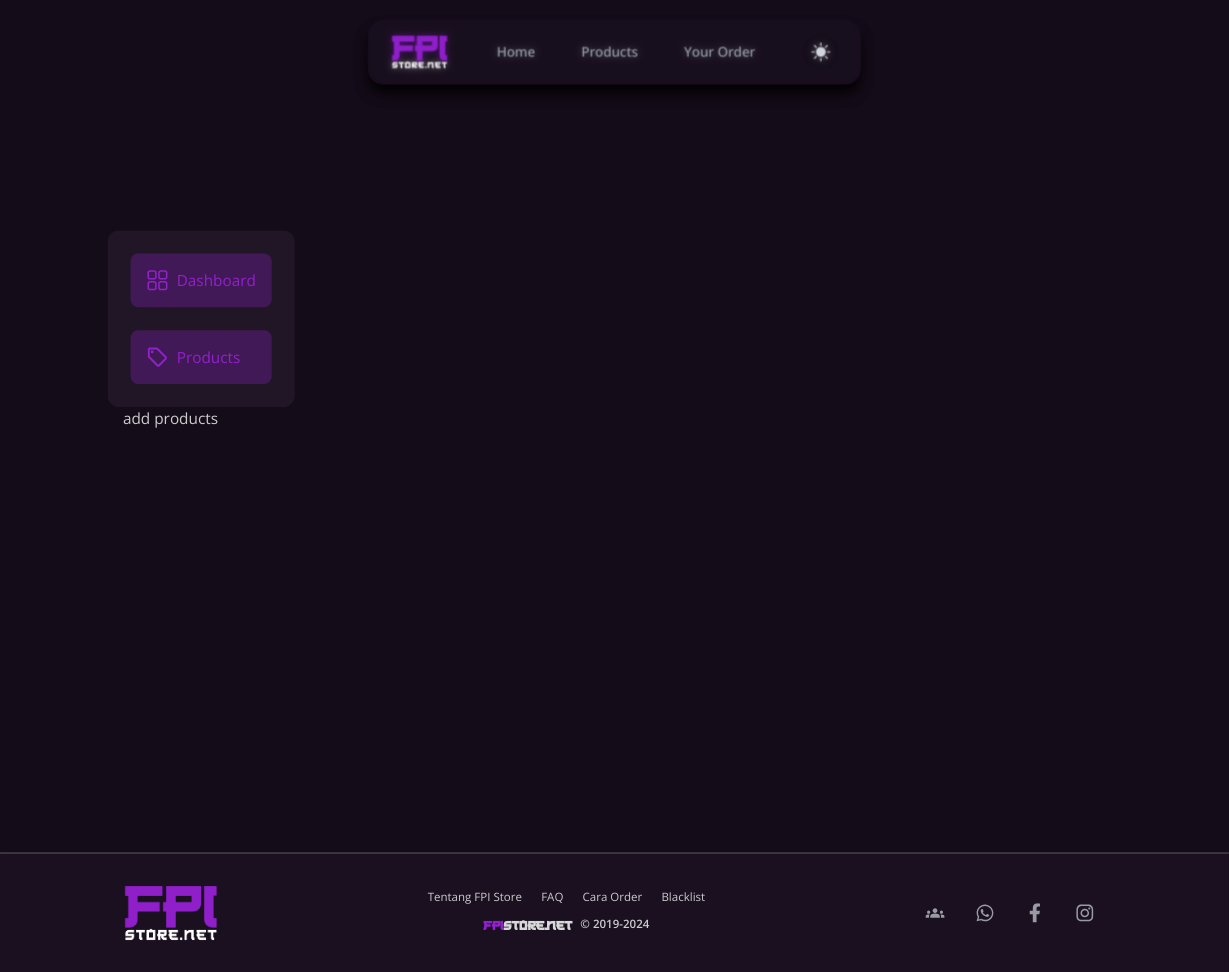
Repository: rezzadtyp/fpistore.net
Page: /dashboard/add-products
These files come from the project's save history. The page is drawn as it stood at one moment and after the next save; the edit follows.
The browser window is 1280 px wide. The pictures show the whole page, at 96% of full size.
The project was rebuilt for these pictures with package versions that can differ from the ones it lists, and the page was loaded fresh each time. The framework's server and built-in components were replaced by stand-ins that run in the browser. Also part of the build but not shown: next.config.mjs, components/shared/Loading.tsx.

Above is the page before, as saved 2024-08-14 17:10:10.

### app/layout.tsx
import type { Metadata } from "next"
import "../styles/globals.css"
// import GoogleAnalytics from "@bradgarropy/next-google-analytics"
// import { Analytics } from "@vercel/analytics/react"
// import { SpeedInsights } from "@vercel/speed-insights/next"
// import FacebookChat from "@/components/FacebookChat"

export const metadata: Metadata = {
    title: {
        template: "%s | FPI Store",
        default: "FPI Store | The Biggest Netflix Seller",
    },
    description: "FPI Store",
    icons: {
        icon: [
            {
                url: "/icons/fpistore.netblack.png",
                media: "(prefers-color-scheme: light)",
            },
            {
                url: "/icons/fpistore.netwhite.png",
                media: "(prefers-color-scheme: dark)",
            },
        ],
    },
    keywords:
        "netflix, premium, 4k, uhd, full garansi, netflix account, netflix premium uhd, netflix murah, netflix shared, netflix private, netflix terpercaya, murah, terpercaya, film terbaru, alamsyah.id, alamsyah, bergaransi",
}

export default function RootLayout({
    children,
}: {
    children: React.ReactNode
}) {
    return (
        <>
            {/* <GoogleAnalytics measurementId='G-Z86GVT7LTC' /> */}
            <html lang='en' className='!scroll-smooth font-roboto'>
                <body className='selection:bg-primary/70 selection:text-dark-800 dark:bg-dark-700 bg-light-100 text-dark-800 dark:text-light-400'>
                    {/* <FacebookChat /> */}
                    {children}
                    {/* <SpeedInsights />
                    <Analytics /> */}
                </body>
            </html>
        </>
    )
}

### app/(root)/layout.tsx
import Footer from "@/components/shared/Footer"
import Loading from "@/components/shared/Loading"
import Navbar from "@/components/shared/Navbar"

import React, { Suspense } from "react"

const Layout = ({ children }: { children: React.ReactNode }) => {
  return (
    <Suspense fallback={<Loading />}>
      <main className='relative font-roboto'>
        <Navbar />
        <div className='flex min-h-screen flex-1 flex-col px-6 pb-6 pt-36 max-md:pb-14 sm:px-14'>
          {children}
        </div>
        <Footer />
        {/* <div className='w-full h-2 fixed bottom-0 bg-green-500 sm:bg-yellow-500 md:bg-orange-500 lg:bg-red-500' /> */}
      </main>
    </Suspense>
  )
}

export default Layout

### app/(root)/dashboard/layout.tsx
"use client"
import { MdOutlineSell } from "react-icons/md"
import { RxDashboard } from "react-icons/rx"
import Navbar from "@/components/shared/Navbar"
import React from "react"

const Layout = ({ children }: { children: React.ReactNode }) => {
  return (
    <main className='relative '>
      <Navbar />
      <section className='flex min-h-screen flex-1 flex-col px-6 pb-6 pt-24 max-md:pb-14 sm:px-14'>
        <section className='custom-scrollbar bg-light-200 dark:bg-dark-500 light-border rounded-xl sticky h-fit left-0 top-0 flex w-fit flex-col justify-between overflow-y-auto p-6 shadow-black/20 shadow-xl dark:shadow-none lg:w-fit'>
          <div className='flex flex-1 flex-col max-sm:flex-row gap-6 '>
            {/* masih static */}
            <button
              onClick={() => (window.location.href = "/dashboard")}
              className='dark:text-light-900 rounded-lg bg-primary/30 text-primary text-light-900 flex items-center justify-center gap-2 px-3 py-2 lg:p-4'
            >
              <RxDashboard className='text-2xl max-sm:text-lg' />
              <p className='max-sm:text-xs'>Dashboard</p>
            </button>
            <button
              onClick={() => (window.location.href = "/dashboard/products")}
              className='dark:text-light-900 rounded-lg bg-primary/30 text-primary text-light-900 flex items-center justify-start gap-2 p-4'
            >
              <MdOutlineSell className='text-2xl' />
              <p className='base-medium'>Products</p>
            </button>
          </div>
        </section>
        <div className='mx-auto w-full max-w-5xl'>{children}</div>
      </section>
    </main>
  )
}

export default Layout

### app/(root)/dashboard/add-products/page.tsx
import React from "react"

const page = () => {
  return <div>add products</div>
}

export default page

### styles/globals.css
@import url("https://fonts.googleapis.com/css2?family=Open+Sans:ital,wght@0,300;0,400;0,500;0,600;1,300;1,400;1,500;1,600&family=Sarabun:ital,wght@0,300;0,400;1,300;1,400&display=swap");

@tailwind base;
@tailwind components;
@tailwind utilities;

@font-face {
    font-family: "FPIFont";
    src: url("/fonts/Japanese3017.otf") format("woff2");
}

body {
    font-family: "Open Sans", "sans-serif";
    @apply duration-700;
}
.animate-spin-slow {
    animation: spin 5s linear infinite;
}

@keyframes spin {
    from {
        transform: rotate(0deg);
    }
    to {
        transform: rotate(360deg);
    }
}
@keyframes scrolltop {
    0%,
    100% {
        transform: translateY(-25%);
        animation-timing-function: cubic-bezier(0.8, 0, 1, 1);
    }
    50% {
        transform: none;
        animation-timing-function: cubic-bezier(0, 0, 0.2, 1);
    }
}
.animate-scrolltop {
    animation: scrolltop 2s infinite;
}
/* width */
::-webkit-scrollbar {
    @apply h-1.5 w-0;
}

/* Handle */
::-webkit-scrollbar-thumb {
    @apply bg-gray-600 rounded-full absolute right-0 z-50;
}
/* Handle on hover */
._custom-scrollbar::-webkit-scrollbar-thumb:hover {
    @apply bg-primary;
}
._custom-scrollbar-shopee::-webkit-scrollbar-thumb:hover {
    @apply bg-shopee;
}
._custom-scrollbar::-webkit-scrollbar {
    @apply w-2 h-0 bg-transparent;
}
._custom-scrollbar-shopee::-webkit-scrollbar {
    @apply w-2 h-0 bg-transparent;
}
._product-scrollbar::-webkit-scrollbar {
    @apply w-0 h-2;
}
.__stroke {
    color: transparent;
    -webkit-text-stroke: 1px #9121ca;
    text-stroke: 1px #9121ca;
}

@keyframes rightleft {
    0%,
    100% {
        transform: translateX(50%);
        animation-timing-function: cubic-bezier(0.8, 0, 1, 1);
    }
    50% {
        transform: none;
        animation-timing-function: cubic-bezier(0, 0, 0.2, 1);
    }
}
.animate-rightleft {
    animation: rightleft 1.5s infinite;
}

.backdrop-brightness-10 {
    --tw-backdrop-brightness: brightness(0.1);
    backdrop-filter: var(--tw-backdrop-blur) var(--tw-backdrop-brightness)
        var(--tw-backdrop-contrast) var(--tw-backdrop-grayscale)
        var(--tw-backdrop-hue-rotate) var(--tw-backdrop-invert)
        var(--tw-backdrop-opacity) var(--tw-backdrop-saturate)
        var(--tw-backdrop-sepia);
}

### components/shared/Footer.tsx
import { contactsButton, menuFooter } from "@/constant"
import Image from "next/image"
import Link from "next/link"
import React from "react"

const Footer = () => {
    return (
        <footer className='flex justify-center items-center w-full px-10 lg:px-32 border-t-[1px] border-black/30 dark:border-white/30 bg-gray-100 dark:bg-dark-600 drop-shadow-md'>
            <div className='flex w-full justify-between items-center flex-col md:flex-row lg:flex-row gap-2 py-3'>
                <div className='flex flex-col lg:flex-row w-full h-full items-center justify-center lg:justify-between '>
                    <Link
                        href='/'
                        className='flex items-center h-full justify-start'
                    >
                        <Image
                            width={100}
                            height={100}
                            src='/icons/fpistore.netwhite.png'
                            alt='Footer Picture'
                            className='hidden dark:block duration-700 h-full'
                        />
                        <Image
                            width={100}
                            height={100}
                            src='/icons/fpistore.netblack.png'
                            alt='Footer Picture'
                            className='dark:hidden duration-700 h-full'
                        />
                    </Link>
                    <div className='gap-3 flex flex-col justify-center items-center text-center h-full'>
                        <div className='flex gap-5 justify-start'>
                            {menuFooter.map((cont) => (
                                <Link
                                    href={"#in-maintenance"}
                                    className='text-xs'
                                    key={cont.url}
                                    target='_blank'
                                >
                                    {cont.title}
                                </Link>
                            ))}
                        </div>
                        <p className='text-xs flex font-bold'>
                            <div className='flex font-fpifont items-end text-primary text-sm h-full mr-2'>
                                fpi{" "}
                                <span className='font-fpifont text-dark-500 dark:text-light-300'>
                                    store.net
                                </span>
                            </div>
                            &copy; 2019-2024
                        </p>
                    </div>
                    <div className='flex flex-col '>
                        <div className='flex gap-2 justify-end'>
                            {contactsButton.map((cont) => (
                                <Link
                                    href={cont.url}
                                    className='p-3 opacity-70 hover:bg-primary/20 dark:hover:bg-primary/20 rounded-md group'
                                    key={cont.url}
                                    target='_blank'
                                >
                                    {cont.icon}
                                </Link>
                            ))}
                        </div>
                    </div>
                </div>
            </div>
        </footer>
    )
}

export default Footer

### components/shared/MobileNav.tsx
import { SheetClose } from "@/components/ui/sheet"
import { contactsButton, navButtons } from "@/constant"
import Link from "next/link"
import { usePathname } from "next/navigation"
import { AiOutlineMenu } from "react-icons/ai"
import { Roboto } from "next/font/google"
import { Drawer, DrawerContent, DrawerTrigger } from "@/components/ui/drawer"

const roboto = Roboto({
    weight: ["900"],
    style: ["normal"],
    subsets: ["latin"],
})

const MobileNav = () => {
    const path = usePathname()
    return (
        <Drawer>
            <DrawerTrigger className='hidden max-md:flex dark:hover:bg-white/10 hover:bg-black/5 rounded-full p-2'>
                <AiOutlineMenu className='duration-500 text-dark-800 dark:text-gray-300' />
            </DrawerTrigger>
            <DrawerContent className='bg-gray-200 dark:bg-dark-600 border-none px-5 pb-5 gap-10'>
                <div className='gap-5 flex flex-col justify-start items-start'>
                    {navButtons.map((nav, i) => (
                        <Link
                            href={nav.url}
                            key={i}
                            className={`dark:text-gray-400 flex-col-reverse py-[3px] px-[10px] rounded-full md:text-sm font-medium group duration-200 w-fit ${
                                path === nav.url
                                    ? "font-black transition-transform duration-700 "
                                    : ""
                            }${
                                path === nav.url
                                    ? " dark:text-primary text-primary bg-primary/20"
                                    : " hover:dark:text-primary hover:text-primary hover:bg-primary/20"
                            }`}
                        >
                            {nav.title}
                        </Link>
                    ))}
                </div>
                <div className='flex flex-col justify-end items-end'>
                    <p className='font-mono text-xs tracking-widest'>
                        Indonesian Biggest Netflix Seller
                    </p>
                    <span className='font-fpifont __stroke text-6xl'>
                        FPISTORE
                    </span>
                </div>
            </DrawerContent>
        </Drawer>

        // @ts-ignore
        // <Sheet className='transition-transform duration-500 '>
        //     <SheetTrigger className='hidden max-md:flex dark:bg-white/10 bg-black/5 rounded-full p-2'>
        //         <AiOutlineMenu className='duration-500 text-dark-800 dark:text-gray-300' />
        //     </SheetTrigger>
        //     <SheetContent
        //         side='top'
        //         className='border-none text-red-500 backdrop-blur-lg bg-white dark:bg-dark-800/50 shadow-lg shadow-black/50'
        //     >
        //         <Link
        //             href='/'
        //             className='flex items-center justify-center gap-1 border-b-[1px] border-dark-500/50 dark:border-gray-500/50 py-2'
        //         >
        //             <Image
        //                 width={60}
        //                 height={60}
        //                 src='/icons/fpistore.netwhite.png'
        //                 alt='Footer Picture'
        //                 className='hidden dark:block duration-700'
        //             />
        //             <Image
        //                 width={60}
        //                 height={60}
        //                 src='/icons/fpistore.netblack.png'
        //                 alt='Footer Picture'
        //                 className='dark:hidden duration-700'
        //             />
        //         </Link>
        //         <div className='text-dark-800 dark:text-gray-300'>
        //             <NavContent />
        //         </div>
        //     </SheetContent>
        // </Sheet>
    )
}

export default MobileNav

### components/ui/drawer.tsx
"use client"

import * as React from "react"
import { Drawer as DrawerPrimitive } from "vaul"

import { cn } from "@/lib/utils"

const Drawer = ({
  shouldScaleBackground = true,
  ...props
}: React.ComponentProps<typeof DrawerPrimitive.Root>) => (
  <DrawerPrimitive.Root
    shouldScaleBackground={shouldScaleBackground}
    {...props}
  />
)
Drawer.displayName = "Drawer"

const DrawerTrigger = DrawerPrimitive.Trigger

const DrawerPortal = DrawerPrimitive.Portal

const DrawerClose = DrawerPrimitive.Close

const DrawerOverlay = React.forwardRef<
  React.ElementRef<typeof DrawerPrimitive.Overlay>,
  React.ComponentPropsWithoutRef<typeof DrawerPrimitive.Overlay>
>(({ className, ...props }, ref) => (
  <DrawerPrimitive.Overlay
    ref={ref}
    className={cn("fixed inset-0 z-50 bg-black/80", className)}
    {...props}
  />
))
DrawerOverlay.displayName = DrawerPrimitive.Overlay.displayName

const DrawerContent = React.forwardRef<
  React.ElementRef<typeof DrawerPrimitive.Content>,
  React.ComponentPropsWithoutRef<typeof DrawerPrimitive.Content>
>(({ className, children, ...props }, ref) => (
  <DrawerPortal>
    <DrawerOverlay />
    <DrawerPrimitive.Content
      ref={ref}
      className={cn(
        "fixed inset-x-0 bottom-0 z-50 mt-24 flex h-auto flex-col rounded-t-[10px] border bg-background",
        className
      )}
      {...props}
    >
      <div className="mx-auto mt-4 h-2 w-[100px] rounded-full bg-muted" />
      {children}
    </DrawerPrimitive.Content>
  </DrawerPortal>
))
DrawerContent.displayName = "DrawerContent"

const DrawerHeader = ({
  className,
  ...props
}: React.HTMLAttributes<HTMLDivElement>) => (
  <div
    className={cn("grid gap-1.5 p-4 text-center sm:text-left", className)}
    {...props}
  />
)
DrawerHeader.displayName = "DrawerHeader"

const DrawerFooter = ({
  className,
  ...props
}: React.HTMLAttributes<HTMLDivElement>) => (
  <div
    className={cn("mt-auto flex flex-col gap-2 p-4", className)}
    {...props}
  />
)
DrawerFooter.displayName = "DrawerFooter"

const DrawerTitle = React.forwardRef<
  React.ElementRef<typeof DrawerPrimitive.Title>,
  React.ComponentPropsWithoutRef<typeof DrawerPrimitive.Title>
>(({ className, ...props }, ref) => (
  <DrawerPrimitive.Title
    ref={ref}
    className={cn(
      "text-lg font-semibold leading-none tracking-tight",
      className
    )}
    {...props}
  />
))
DrawerTitle.displayName = DrawerPrimitive.Title.displayName

const DrawerDescription = React.forwardRef<
  React.ElementRef<typeof DrawerPrimitive.Description>,
  React.ComponentPropsWithoutRef<typeof DrawerPrimitive.Description>
>(({ className, ...props }, ref) => (
  <DrawerPrimitive.Description
    ref={ref}
    className={cn("text-sm text-muted-foreground", className)}
    {...props}
  />
))
DrawerDescription.displayName = DrawerPrimitive.Description.displayName

export {
  Drawer,
  DrawerPortal,
  DrawerOverlay,
  DrawerTrigger,
  DrawerClose,
  DrawerContent,
  DrawerHeader,
  DrawerFooter,
  DrawerTitle,
  DrawerDescription,
}

### tailwind.config.ts
const defaultTheme = require("tailwindcss/defaultTheme")
const colors = require("tailwindcss/colors")
const {
  default: flattenColorPalette,
} = require("tailwindcss/lib/util/flattenColorPalette")

import type { Config } from "tailwindcss"

const config: Config = {
  darkMode: ["class"],
  content: [
    "./pages/**/*.{js,ts,jsx,tsx,mdx}",
    "./components/**/*.{js,ts,jsx,tsx,mdx}",
    "./app/**/*.{js,ts,jsx,tsx,mdx}",
  ],
  theme: {
    screens: {
      sm: "640px",
      // => @media (min-width: 640px) { ... }

      md: "768px",
      // => @media (min-width: 768px) { ... }

      lg: "1024px",
      // => @media (min-width: 1024px) { ... }

      xl: "1280px",
      // => @media (min-width: 1280px) { ... }

      "2xl": "1536px",
      // => @media (min-width: 1536px) { ... }
    },
    extend: {
      animation: {
        scroll:
          "scroll var(--animation-duration, 40s) var(--animation-direction, forwards) linear infinite",
      },
      colors: {
        dark: {
          100: "#342739",
          200: "#2F2334",
          300: "#2B1E31",
          400: "#241929",
          500: "#201625",
          600: "#1A1020",
          700: "#150C19",
          800: "#110A14",
        },
        shopees: {
          100: "#342739",
          200: "#2F2334",
          300: "#2B1E31",
          400: "#291E19",
          500: "#261D17",
          600: "#211611",
          700: "#1A110C",
          800: "#140E0A",
        },
        light: {
          100: "#ECECEC",
          200: "#E4E4E4",
          300: "#D8D8D8",
          400: "#CCCCCC",
          500: "#BFBFBF",
          600: "#B5B5B5",
          700: "#A9A9A9",
          800: "#9B9B9B",
        },
        primary: "#9121CA",
        shared: "#d946ef",
        private: "#9121CA",
        reseller: "#22d3ee",
        shopee: "#ee4d2d",
      },
      keyframes: {
        scroll: {
          to: {
            transform: "translate(calc(-50% - 0.5rem))",
          },
        },
      },
      fontFamily: {
        fpifont: "'FPIFont', sans-serif",
        roboto: ["var(--font-roboto)"],
      },
    },
  },
  plugins: [addVariablesForColors],
}
function addVariablesForColors({ addBase, theme }: any) {
  let allColors = flattenColorPalette(theme("colors"))
  let newVars = Object.fromEntries(
    Object.entries(allColors).map(([key, val]) => [`--${key}`, val])
  )

  addBase({
    ":root": newVars,
  })
}

export default config

Loaded but not shown: lib/utils.ts (common file); constant/index.tsx (428 lines, source omitted); components/shared/Navbar.tsx (139 lines, source omitted)

After the next save:
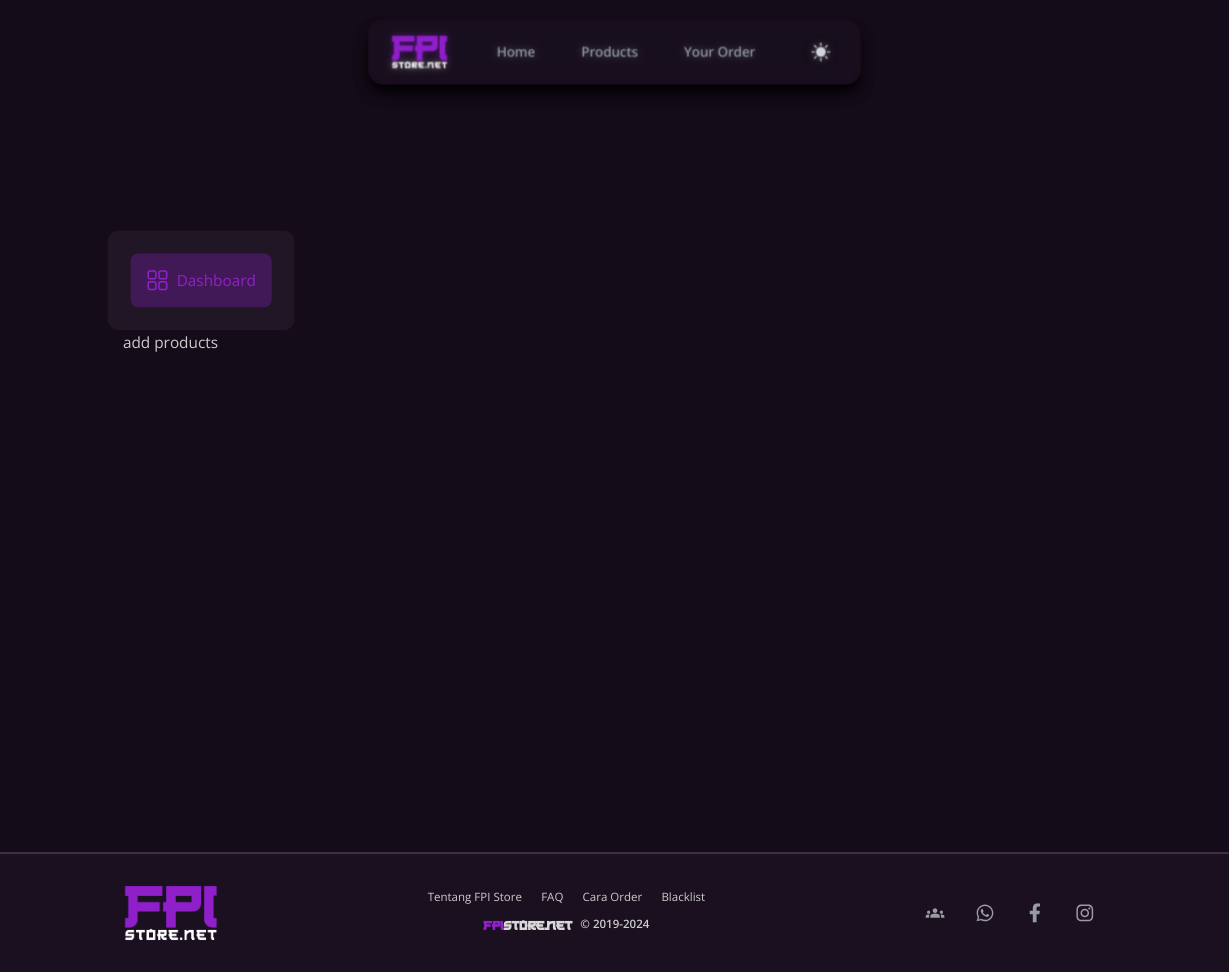
Saved 12 s later.
--- a/app/(root)/dashboard/layout.tsx
+++ b/app/(root)/dashboard/layout.tsx
@@ -19,13 +19,6 @@ const Layout = ({ children }: { children: React.ReactNode }) => {
               <RxDashboard className='text-2xl max-sm:text-lg' />
               <p className='max-sm:text-xs'>Dashboard</p>
             </button>
-            <button
-              onClick={() => (window.location.href = "/dashboard/products")}
-              className='dark:text-light-900 rounded-lg bg-primary/30 text-primary text-light-900 flex items-center justify-start gap-2 p-4'
-            >
-              <MdOutlineSell className='text-2xl' />
-              <p className='base-medium'>Products</p>
-            </button>
           </div>
         </section>
         <div className='mx-auto w-full max-w-5xl'>{children}</div>
